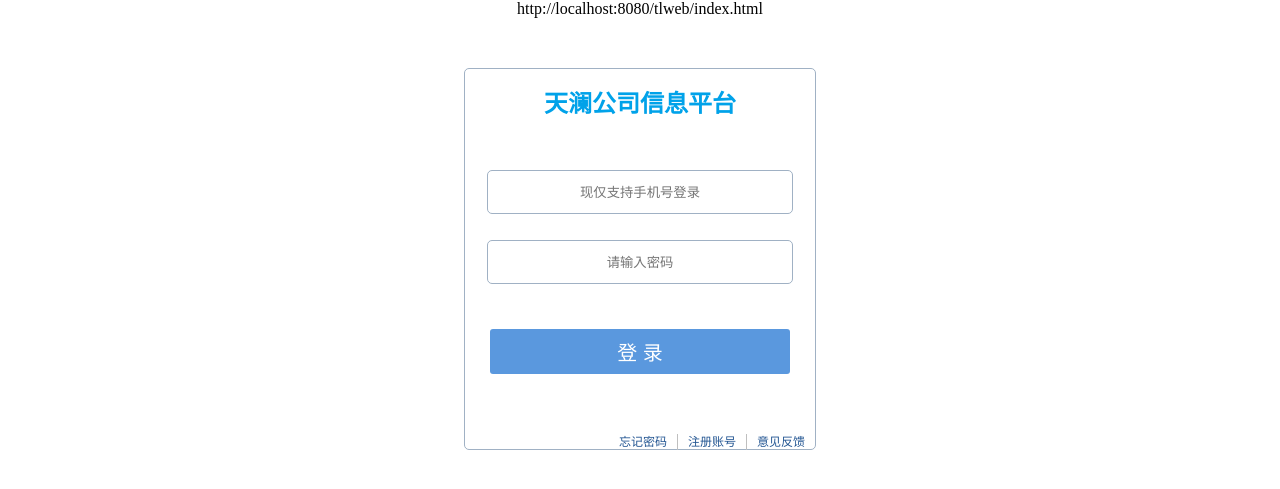
Repository: LansV/web
Page: http://localhost/tlweb/Login.jsp
These files come from the project's save history. The page is drawn as it stood at one moment and after the next save; the edit follows.
The browser window is 1280 px wide. The pictures show the whole page.
The page is served by Tomcat 9. Other server files are loaded and not shown.

Above is the page before, as saved 2017-07-12 02:14:48.

### tlweb/WebContent/Login.jsp
<%@ page language="java" contentType="text/html; charset=GB18030"
    pageEncoding="GB18030"%>
<!DOCTYPE html PUBLIC "-//W3C//DTD HTML 4.01 Transitional//EN" "http://www.w3.org/TR/html4/loose.dtd">
<html>
<head>
http://localhost:8080/tlweb/index.html
<meta http-equiv="Content-Type" content="text/html; charset=GB18030">
<link rel="stylesheet" type="text/css" href="Css/Login.css">
<script type="text/javascript">
	function createLogin(url) {
	    http_request = false;
	    if (window.XMLHttpRequest) {    							   // 非IE浏览器
	        http_request = new XMLHttpRequest();	                      //创建XMLHttpRequest对象
	    } else if (window.ActiveXObject) {     						   // IE浏览器
	        try {
	            http_request = new ActiveXObject("Msxml2.XMLHTTP");	   //创建XMLHttpRequest对象
	        } catch (e) {
	            try {
	                http_request = new ActiveXObject("Microsoft.XMLHTTP");  //创建XMLHttpRequest对象
	           } catch (e) {}
	        }
	    }
	    if (!http_request) {
	        alert("不能创建XMLHttpRequest对象实例！");
	        return false;
	    }
	    http_request.onreadystatechange = getLoginResult;					   //调用返回结果处理函数
	    http_request.open('GET', url, true);							   //创建与服务器的连接
	    http_request.send(null);									   //向服务器发送请求
	}
	function getLoginResult() {
	    if (http_request.readyState == 4) {     		// 判断请求状态
	        if (http_request.status == 200) {     		// 请求成功，开始处理返回结果
	        	var restr=http_request.responseText;
	        	var str=JSON.stringify(restr);
	        	//alert(str);
	        	if(str.indexOf("success")>0){
	        		var user=document.getElementById("usern").value;
	        		window.location.href='CustomCtrl.jsp?uid='+encodeURI(user)+'&datetime='+new Date().getTime();
	        	}else{
	        		document.getElementById("showMessage").innerHTML="用户名或密码错误";
	        	}
	        } else {     						// 请求页面有错误
	            alert("您所请求的页面有错误！");
	        }
	    }
	}
	function getKey()  {
	   if(event.keyCode==13){
	    	checkLogin();
	    }
	}
 	function checkLogin(){
 		var user=document.getElementById("usern").value;
 		var pass=document.getElementById("pass").value;
 		var regex =/^1[3|4|5|7|8][0-9]\d{8}$/;
 		var passregex=/^[0-9a-zA-Z@#%^_]{6,16}$/;
 		var error=document.getElementById("showMessage").innerHTML;
 		if(user!=""&&pass!=""){
 			if(regex.test(user)&&passregex.test(pass)){
 				if(error!=""){
 	 				document.getElementById("showMessage").innerHTML="";
 	 			}
 				createLogin('AjaxJs/CheckLogin.jsp?user='+encodeURI(user)+'&passw='+encodeURI(pass)+'&datetime='+new Date().getTime());
 			}else{
 				document.getElementById("showMessage").innerHTML="用户名或密码格式错误或含有非法字符";
 			}
 		}else{
 			document.getElementById("showMessage").innerHTML="用户名或密码为空";
 		}

 	}
</script>
<title>用户登录</title>
</head>
<body>
	<div id="login">
	<div id="company"><a href="index.html">天澜公司信息平台</a></div>
	<div id="showMessage"></div>
	<form action="index.html" method="post" name="loginform">
    <table  align="center">
    	<tr>
        <td><input type="text" id="usern" maxlength="40" placeholder="现仅支持手机号登录"></td>
        <tr>
        <tr>
        <td><input type="password" id="pass" maxlength="40" onkeyup="getKey()" placeholder="请输入密码"></td>
        <tr>
    </table>
    <input type="button" id="loginb" style="background-color:#5a98de;" value="登 录" onclick="checkLogin()">
    </form>
    <ul>
    	<li><a id="right" href="">忘记密码</a></li>
        <li><a id="right" href="Register.jsp">注册账号</a></li>
        <li><a id="last" href="">意见反馈</a></li>
    </ul>
    </div>
</body>
</html>

### tlweb/WebContent/Css/Login.css
@CHARSET "UTF-8";
/* CSS Document */
body{
		margin:0 auto;
		padding:auto;
		text-align:center;
		}
		#company{
		margin-top:15px;
/* 		background-color:red; */
		}
		input{
		text-align:center;
		}
	#company a{
		text-decoration:none;
		font-weight:bold;
		font-size:24px;
		color:#00a2e9;
	}
	#showMessage{
		margin-top:20px;
		height:18px;
		font-size:12px;
		color:red;
	}
	#loginb{
		border:0px;
		color:white;
		font-size:20px;
		border-radius:3px;
		margin-top:30px;
		width:300px;
		height:45px;
		}
	#login{
		margin:0 auto;
		border-radius:5px;
		border:1px solid #a0b1c4;
		width:350px;
		height:380px;
		margin-top:50px;
		text-align:center;
		}
	#usern{
		border-radius:5px;
		border:1px solid #a0b1c4;
		width:300px;
		margin:10px;
		height:40px;
		}
	#pass{
		border-radius:5px;
		border:1px solid #a0b1c4;
		margin:10px;
		width:300px;
		height:40px;
		}
	form{
		margin-top:0px;
		}
	ul{
		float:right;
		padding:0; /* 将默认的内边距去掉 */
		margin-top:60px;
		list-style:none;
		}
	li{
		float:left;
		}
	#right:hover{
			text-decoration:underline; /* 去掉下划线 */
			}
	#last:hover{
			text-decoration:underline; /* 去掉下划线 */
			}
	#right{
		color:#225592;
		font-size:12px;
		padding:0; /* 将默认的内边距去掉 */
		margin:0; /* 将默认的外边距去掉 */
		display:block; /* 将链接设为块级元素 */
		padding:0px 10px; /* 设置内边距 */
		line-height:16px;
		text-decoration:none; /* 去掉下划线 */
		border-right:1px solid #bfbfbf; /* 在左侧加上分隔线 */
		}
	#last{
		color:#225592;
		font-size:12px;
		padding:0; /* 将默认的内边距去掉 */
		margin:0; /* 将默认的外边距去掉 */
		display:block; /* 将链接设为块级元素 */
		padding:0px 10px; /* 设置内边距 */
		line-height:16px;
		text-decoration:none; /* 去掉下划线 */
		}

After the next save:
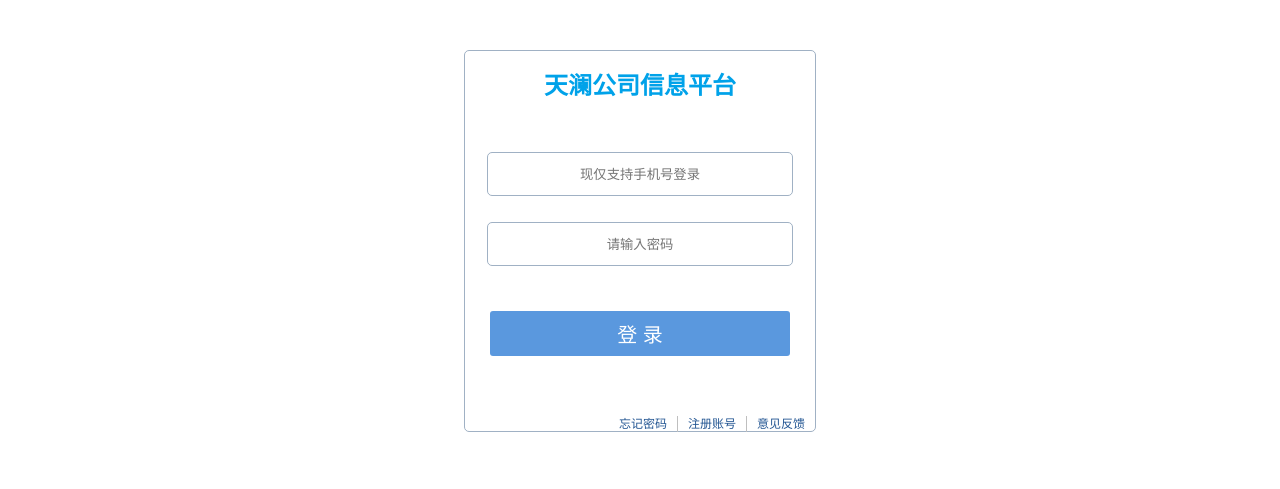
Saved 2 s later.
--- a/tlweb/WebContent/Login.jsp
+++ b/tlweb/WebContent/Login.jsp
@@ -3,7 +3,7 @@
 <!DOCTYPE html PUBLIC "-//W3C//DTD HTML 4.01 Transitional//EN" "http://www.w3.org/TR/html4/loose.dtd">
 <html>
 <head>
-http://localhost:8080/tlweb/index.html
+<link href="webicon.ico" rel="shortcut icon" />
 <meta http-equiv="Content-Type" content="text/html; charset=GB18030">
 <link rel="stylesheet" type="text/css" href="Css/Login.css">
 <script type="text/javascript">
